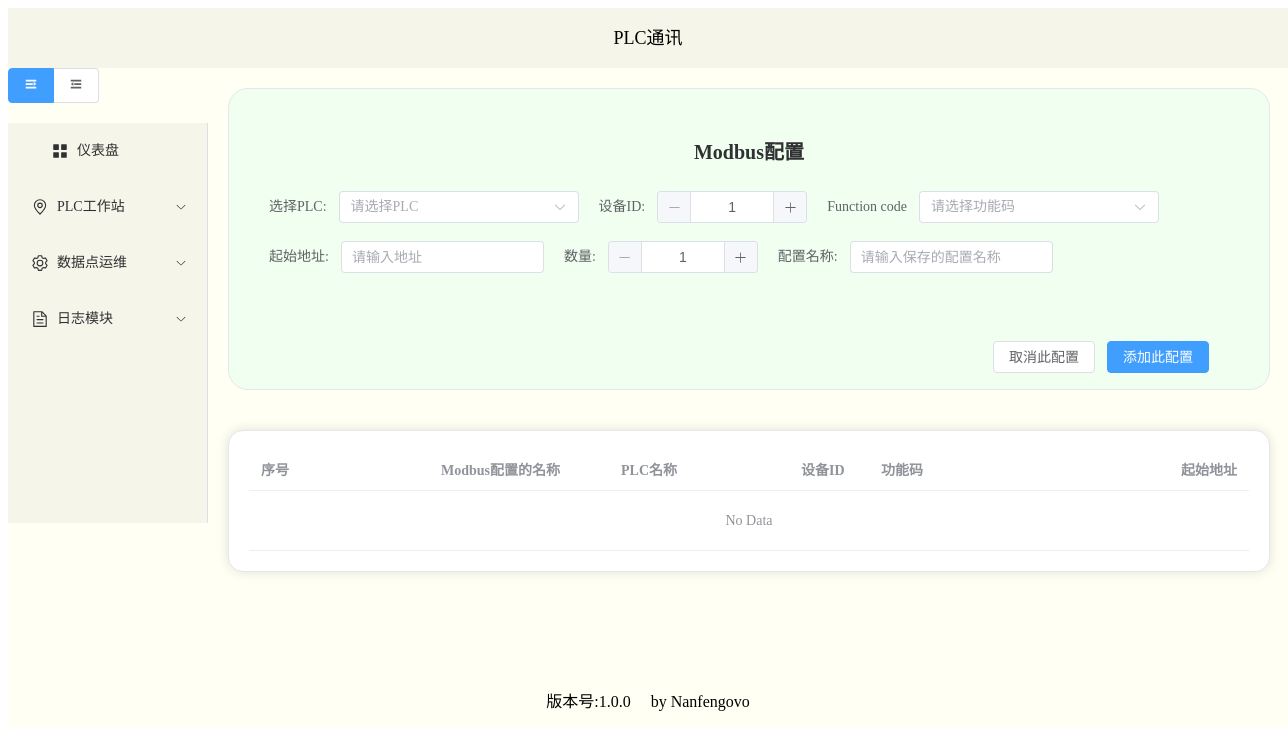
Repository: nanfengovo/HelperWorkStation
Page: /#/frameWork/DataPointOperations/Modbus (app in HelperWorkStation/plchelper-ui/)
An editor plug-in stored every save of this project. The page is shown before and after the next save, followed by the edit.
The browser window is 1280 px wide. The page is 1288 px wide, so the pictures cover 1288 px, including what lies to the right of the window. The pictures show the whole page.
The page's requests for data from a server got no answer. The project was rebuilt for these pictures with package versions that can differ from the ones it lists, and the page was loaded fresh each time. No one was signed in, and anything a server would have sent is missing. Also part of the build but not shown: HelperWorkStation/plchelper-ui/vite.config.ts, HelperWorkStation/plchelper-ui/src/views/Login/index.vue.

Above is the page before, as saved 2025-01-30 19:48:56.

### HelperWorkStation/plchelper-ui/index.html
<!DOCTYPE html>
<html lang="">
  <head>
    <meta charset="UTF-8">
    <link rel="icon" href="/icon-park-outline--cpu.png">
    <meta name="viewport" content="width=device-width, initial-scale=1.0">
    <title>PLCHelper Station</title>
  </head>
  <body>
    <div id="app"></div>
    <script type="module" src="/src/main.ts"></script>
  </body>
</html>

<style>
  #app{
    /* display: flex;
    justify-content: center;
    align-items: center; */
    height: 100vh;
    width: 100vw;
  }
</style>

### HelperWorkStation/plchelper-ui/src/main.ts
// import './assets/main.css'

import { createApp } from 'vue'
import ElementPlus from 'element-plus'
import 'element-plus/dist/index.css'
import { createPinia } from 'pinia'

import App from './App.vue'
import * as ElementPlusIconsVue from '@element-plus/icons-vue'
import router from './router'

const app = createApp(App)
app.use(router)
for (const [key, component] of Object.entries(ElementPlusIconsVue)) {
    app.component(key, component)
    }
app.use(ElementPlus)
app.use(createPinia())


app.mount('#app')

### HelperWorkStation/plchelper-ui/src/App.vue
<script setup lang="ts">
import {  RouterView } from 'vue-router'
import FrameWork from './views/FrameWork/index.vue'
import Login from './views/Login/index.vue'
</script>

<template>
  <div class="app">
    <RouterView />
  </div>

  <!-- <RouterView /> -->
</template>

<style scoped>
	html,body,#app{
      height: 100%;
      width: 100%;
	}
  .app{
    height: 100%;
    width: 100%;
  }
</style>

### HelperWorkStation/plchelper-ui/src/router/index.ts
import { createMemoryHistory, createRouter, createWebHashHistory, type RouteRecordRaw } from 'vue-router'
import frameWork from '../views/FrameWork/index.vue';
import Login from '../views/Login/index.vue';
import panel from '../views/FrameWork/layout/panel/index.vue';

// const routes: RouteRecordRaw[] = [];
const routes: Array<RouteRecordRaw> = [
    {
        path: '/',
        redirect: '/login'
    },
    {
        path: '/login',
        name: 'login',
        component: Login
    },
    {
        path: '/frameWork',
        name: '主页',
        component: frameWork,
        children: [
            {
                path: '/framework/panel',
                name: '仪表板',
                component: () => import('../views/FrameWork/layout/panel/index.vue'),
            },
            {
                path: '/frameWork/PLCWorkstation/Modbus',
                name: 'PLC工作站-Modbus',
                component: () => import('../views/FrameWork/layout/PLCWorkstation/Modbus/index.vue'),
            },
            {
                path: '/frameWork/PLCWorkstation/PLC',
                name: 'PLC工作站-PLC配置',
                component: () => import('../views/FrameWork/layout/PLCWorkstation/PLC/index.vue'),
            },
            {
                path: '/frameWork/PLCWorkstation/S7',
                name: 'PLC工作站-S7',
                component: () => import('../views/FrameWork/layout/PLCWorkstation/S7/index.vue'),
            },
            {
                path: '/frameWork/PLCWorkstation/OPC',
                name: 'PLC工作站-OPC',
                component: () => import('../views/FrameWork/layout/PLCWorkstation/OPC/index.vue'),
            },
            {
                path: '/frameWork/PLCWorkstation/FinsTCP',
                name: 'PLC工作站-FinsTCP',
                component: () => import('../views/FrameWork/layout/PLCWorkstation/FinsTCP/index.vue'),
            },
            {
                path: '/frameWork/DataPointOperations/Modbus',
                name: '数据点运维-Modbus',
                component: () => import('../views/FrameWork/layout/DataPointOperations/Modbus/index.vue'),
            },
            {
                path: '/frameWork/DataPointOperations/S7',
                name: '数据点运维-S7',
                component: () => import('../views/FrameWork/layout/DataPointOperations/S7/index.vue'),
            },
            {
                path: '/frameWork/DataPointOperations/Opc',
                name: '数据点运维-Opc',
                component: () => import('../views/FrameWork/layout/DataPointOperations/OPC/index.vue'),
            },
            {
                path: '/frameWork/DataPointOperations/FinsTCP',
                name: '数据点运维-FinsTCP',
                component: () => import('../views/FrameWork/layout/DataPointOperations/FinsTCP/index.vue'),
            },
            {
                path: '/frameWork/Log/Operation',
                name: '用户操作日志',
                component: () => import('../views/FrameWork/layout/Log/Operation/index.vue'),
            },
            {
                path: '/frameWork/Log/ReadWrite',
                name: '数据点读写日志',
                component: () => import('../views/FrameWork/layout/Log/ReadWrite/index.vue'),
            },

        ],


    },
];

const router = createRouter({
    history: createWebHashHistory(),
    routes,
});

export default router;

### HelperWorkStation/plchelper-ui/src/views/FrameWork/index.vue
<template>
    <div class="common-layout">
        <el-container>
            <div class="layout-header">
                <el-header>
                    PLC通讯
                </el-header>
            </div>
            <el-container>
                <el-aside width="200px" height="100vh" >
                    <el-radio-group v-model="isCollapse" style="margin-bottom: 20px">
                        <el-radio-button :value="false"><el-icon><Expand /></el-icon></el-radio-button>
                        <el-radio-button :value="true"><el-icon><Fold /></el-icon></el-radio-button>
                    </el-radio-group>
                    <el-menu
                        background-color="#f5f5e9"
                        default-active="1"
                        class="el-menu-vertical-demo"
                        :collapse="isCollapse"
                        @open="handleOpen"
                        @close="handleClose"
                        router
                    >
                        <el-menu-item index="/frameWork/panel">
                            <el-menu-item >
                                <el-icon><icon-menu /></el-icon>
                                <template #title>仪表盘</template>
                            </el-menu-item>
                        </el-menu-item>
                        <el-sub-menu index="2">
                        <template #title>
                            <el-icon><location /></el-icon>
                            <span>PLC工作站</span>
                        </template>
                        <el-menu-item-group >
                            <el-menu-item index="/frameWork/PLCWorkstation/PLC">PLC配置</el-menu-item>
                            <el-menu-item index="/frameWork/PLCWorkstation/Modbus">Modbus模块</el-menu-item>
                            <el-menu-item index="/frameWork/PLCWorkstation/S7">S7模块</el-menu-item>
                            <el-menu-item index="/frameWork/PLCWorkstation/OPC">OPC模块</el-menu-item>
                            <el-menu-item index="/frameWork/PLCWorkstation/FinsTCP">FinsTCP模块</el-menu-item>
                        </el-menu-item-group>
                        </el-sub-menu>
                        <el-sub-menu index="3">
                        <template #title>
                            <el-icon><Setting /></el-icon>
                            <span>数据点运维</span>
                        </template>
                        <el-menu-item-group >
                            <el-menu-item index="/frameWork/DataPointOperations/Modbus">Modbus数据点配置</el-menu-item>
                            <el-menu-item index="/frameWork/DataPointOperations/S7">S7数据点配置</el-menu-item>
                            <el-menu-item index="/frameWork/DataPointOperations/Opc">OPC数据点配置</el-menu-item>
                            <el-menu-item index="/frameWork/DataPointOperations/FinsTCP">FinsTCP数据点模块</el-menu-item>
                        </el-menu-item-group>
                        </el-sub-menu>
                        <el-sub-menu index="4">
                        <template #title>
                            <el-icon><Document /></el-icon>
                            <span>日志模块</span>
                        </template>
                        <el-menu-item-group >
                            <el-menu-item index="/frameWork/Log/Operation">操作日志</el-menu-item>
                            <el-menu-item index="/frameWork/Log/ReadWrite">读写日志</el-menu-item>
                        </el-menu-item-group>
                        </el-sub-menu>
                    </el-menu>
                </el-aside>
                    <el-container>
                        <el-main>
                            <!-- <div class="main-header"> -->
                            <!-- <div class="main-header-breadcrumb"> -->
                                <!-- 面包屑 -->
                                <!-- <el-breadcrumb :separator-icon="ArrowRight"
                                                style="cursor: pointer; margin: 10px 0; display:inline-block;margin-left: 10px; ">
                                                <el-breadcrumb-item  >面包屑导航</el-breadcrumb-item>
                                </el-breadcrumb>
                            </div> -->
                            <!-- <div class="main-header-tab">
                                <el-tab>
                                    <el-tabs
                                    v-model="tablist"
                                    type="card"
                                    editable
                                    class="demo-tabs"
                                    @tab-click="pushTo"
                                >
                                    <el-tab-pane
                                    v-for="item in tablist"
                                    :key="item.name"
                                    :label="item.name"
                                    :name="item.name"
                                    >
                                    {{ item.path }}
                                    </el-tab-pane>
                                </el-tabs>
                                </el-tab>
                            </div> -->
                        <!-- </div> -->
                            <RouterView/>
                        </el-main>
                    </el-container>
            </el-container>
                <el-footer class="fixed-footer" >
                    <span>版本号:{{SoftVersion}}</span>&nbsp;&nbsp;&nbsp;&nbsp;
                    <span>by {{ SoftAuthor }}</span>
                </el-footer>
        </el-container>
    </div>
</template>

<script lang="ts" setup>
import { ref } from 'vue'
import { useRouter } from 'vue-router';
import routes from '../../router/index';
import {
    Document,
    Menu as IconMenu,
    Location,
    Setting,
    ArrowRight,
} from '@element-plus/icons-vue'
import type { TabPaneName } from 'element-plus'



const SoftVersion = ref('1.0.0')
const SoftAuthor = ref('Nanfengovo')


import { useRoute } from 'vue-router'
import router from '../../router/index';
const route = useRoute()
const pathList = ref()

console.log('route', route)// 获取当前路由
console.log('route.matched', route.matched)// 获取当前路由匹配到的路由记录
console.log('route.matched[0].children', route.matched[0].children)// 获取当前路由匹配到的路由记录

const tablist = ref(route.matched[0].children)
const isCollapse = ref(false)

let tabIndex = 1;

// const pushTo = (tab: TabPaneName) => {
//     router.push(tab)
// }


</script>

<style>
.el-menu-vertical-demo:not(.el-menu--collapse) {
    width: 200px;
    min-height: 400px;
}
.layout-header {
    background-color: #f5f5e9;
    color: black;
    text-align: center;
    line-height: 60px;
    font-size: 18px;
}

.common-layout{
    display: flex;
    flex-direction: column;
    min-height: 100vh;
    background-color: #fffff3;
}
.fixed-footer {
    background-color: #fffff3; /* 根据需要设置背景颜色 */
    padding: 10px; /* 根据需要设置内边距 */
    text-align: center; /* 根据需要设置文本对齐方式 */
    margin-bottom: 20px;
    height: 30px;
    font-size: 16px;
}
.main-header{
    border: red 1px solid;
    width: 100%;
    height: 30px;
}
/* .main-header-breadcrumb{
    border: green 1px solid;
    margin: 10px;
    width: 100%;
    height: 30px;
} */
.main-header-tab
{
    border: blue 1px solid;
    width: 100%;
    height: 30px;
}
.demo-tabs {
    border: 1px solid orangered;
    width: 60px;
    height: 30px;
    border-radius: 4px;
}
.demo-tabs>.el-tab-pane {
    border-bottom: 1px solid #ebeef5;
}
</style>

### HelperWorkStation/plchelper-ui/src/views/FrameWork/layout/DataPointOperations/Modbus/index.vue
<template>
    <div class="modbus">
        <el-card class="modbusconfig-card" shadow="hover">
            <div class="modbus-header">
                <div class="card-top-top">
                        <h4>Modbus配置</h4>
                </div>
                <el-form :model="modbusConfig" class="modbusConfig-form">
                    <div class="content">
                        <el-form-item label = "选择PLC:">
                            <el-select
                            v-model="selectedPLC"
                            placeholder="请选择PLC"
                            style="width: 240px"
                            :loading="isLoading"
                            >
                            <!-- 加载中显示提示 -->
                            <el-option v-if="isLoading" disabled label="加载中..." value="" />

                            <!-- 数据加载完成后的选项 -->
                            <el-option
                                v-for="item in PLCList"
                                :key="item.value"
                                :label="item.label"
                                :value="item.value"
                            />
                            </el-select>
                        </el-form-item>
                        <el-form-item label = "设备ID:">
                            <el-input-number v-model="slaveId" :min="1"   />
                        </el-form-item>
                        <el-form-item label="Function code" class="function-code" >
                                <el-select
                                    v-model="functionCodes"
                                    style="width: 240px;"
                                    placeholder="请选择功能码"
                                    clearable
                                >
                                    <el-option label="01 Read Coils（0x）" value="01 Read Coils（0x）" />
                                    <el-option value="02 Read Discrete Inputs (1x)" />
                                    <el-option value="03 Read Holding Registers (4x)" />
                                    <el-option value="04 Read Input Registers (3x)" />
                                    <el-option value="05 Write Single Coil" />
                                    <el-option value="06 Write Single Register" />
                                    <el-option value="15 Write Multiple Coils" />
                                    <el-option value="16 WriteMultipleRegisters" />
                                </el-select>
                        </el-form-item>
                        <el-form-item label="起始地址:" >
                            <el-input v-model="address" placeholder="请输入地址" />
                        </el-form-item>
                        <el-form-item label = "数量:">
                            <el-input-number v-model="num" :min="1" :max="32"  />
                        </el-form-item>
                        <el-form-item label = "配置名称:">
                            <el-input v-model="ModbusName" placeholder="请输入保存的配置名称" />
                        </el-form-item>
                    </div>

                    <div class="btn-group">
                        <el-button @click="cancel">取消此配置</el-button>
                        <el-button type="primary" @click = "AddMobusConfig">添加此配置</el-button>
                    </div>
                </el-form>
            </div>
        </el-card>


        <el-card style="width: 100%" shadow="always" class="Modbus-card" >
            <el-table :data="ModbusData" stripe style="width: 100%" >
                <el-table-column prop="id" label="序号" width="180" />
                <el-table-column prop="modbusName" label="Modbus配置的名称" width="180" />
                <el-table-column prop="plcName" label="PLC名称" width="180" />
                <el-table-column prop="slaveId" label="设备ID" />
                <el-table-column prop="functionCode" label="功能码" width = "300" />
                <el-table-column prop="startAddress" label="起始地址" />
                <el-table-column prop="num" label="数量" />
                <el-table-column label="操作" width="300">
                    <template #default="scope">
                        <el-button type="primary" @click="Edit(scope.$index, scope.row)">修改</el-button>
                        <el-button type="danger" plain @click="Delete(scope.$index, scope.row)">删除</el-button>
                    </template>
                </el-table-column>
            </el-table>
        </el-card>
    </div>
</template>
<script setup lang = "ts">
import axios from 'axios';
import { ElMessage, ElMessageBox, ElNotification } from 'element-plus';
import { onMounted, reactive, ref } from 'vue';

// const modbusConfig = reactive({
//     functionCodes: '',
//     address: ''
// });


const num = ref(1);
const slaveId = ref(1);
const functionCodes = ref('');
const address = ref('');
const quantity = ref('');
const ModbusName = ref('');
const selectedPLC = ref(''); // 用于存储用户选择的值
const PLCList = ref([]);       // 存储格式化后的选项
const isLoading = ref(true);   // 加载状态

// interface ModbusData {
//     id: number;
//     mobusName: string;
//     plcName: string;
//     slaveId: number;
//     functionCode: string;
//     StartAddress: string;
//     num: number;
// }

const ModbusData = ref<Array<{ id: number, modbusName: string, plcName: string,slaveId: number, functionCode: string,StartAddress: string,num: number}>>([]);

//下拉框数据
const GetAllPLCConfig = async () => {
    try{
        const response = await axios.get("http://127.0.0.1:5264/api/ModbusConfig/GetPLCConfig");

    // 将字符串数组转换为 { label: string, value: string } 格式
    PLCList.value = response.data.map((item: any) => ({
      label: item,   // 显示名称
      value: item    // 绑定值（与 label 相同）
    }));

    isLoading.value = false;
    }

    catch (error) {
    console.error('获取PLC列表失败:', error);
    isLoading.value = false;
    }
    // console.log(response.data);
    // PLCList = response.data;
    // console.log(PLCList);
}
//加载下拉框数据
onMounted(() => {
    GetModbusData();
    GetAllPLCConfig();
});

//取消配置
const cancel = () => {
    if(selectedPLC.value === '' && functionCodes.value === '' && address.value === '' && quantity.value === '' && ModbusName.value === ''){
        ElMessage({
            message: "表单为空,无需清空!",
            type: 'warning',
        });
        return;
    }
    ElMessageBox.confirm(
    '继续操作将删除该配置,是否继续?',
    'Warning',
    {
        confirmButtonText: '继续此操作将会清空表单',
        cancelButtonText: '取消',
        type: 'warning',
    }
    )
.then(() => {
    // 清空表单

    functionCodes.value = '';
    slaveId.value = 1;
    address.value = '';
    quantity.value = '';
    selectedPLC.value = '';
    num.value = 1;
    ModbusName.value = '';
    ElMessage({
                message: "已清空!",
                type: 'success',
            });
});
}

//表格数据--ModbusData
const GetModbusData = async () => {
    try{
        // const ModbusData = ref<ModbusData[]>([]);
        const response = await axios.get("http://127.0.0.1:5264/api/ModbusConfig/GetModbusConfug");
        console.log(response.data);
        ModbusData.value = response.data;
        console.log(ModbusData.value);
    }
    catch (error) {
    console.error('获取Modbus配置失败:', error);
    }
}


//新增配置
const AddMobusConfig = async () => {
            try{
                const modbusConfig = {
                    modbusName: ModbusName.value,
                    plcName: selectedPLC.value,
                    slaveId: slaveId.value,
                    functionCode: functionCodes.value,
                    startAddress: address.value,
                    num: num.value,
                };
                console.log(modbusConfig);
                const response = await axios.post("http://127.0.0.1:5264/api/ModbusConfig/AddModbusConfug",modbusConfig,{
                    headers: { 'Content-Type': 'application/json' },
                });
                if(response.data.code === 200) {
                    ElNotification({
                        title: 'Modbus配置提示',
                        message: '新增Modbus配置成功!',
                        type: 'success',
                    });
                    GetModbusData();
                } else {
                    ElNotification({
                        title: 'Modbus配置提示',
                        message: '新增Modbus配置失败!',
                        type: 'warning',
                    });
                }
            }catch (error:any) {
                ElNotification({
                        title: '异常提示',
                        message: error.message,
                        type: 'error',
                    });
            }
        }
</script>

<style >
.content{
    display: flex;
    margin: 20px;
    flex-wrap: wrap;
}
.modbusConfig-form .el-form-item{
    margin-right: 20px;
}
.btn-group{
    display: flex;
    justify-content: right;
    margin-right: 40px;
    margin-top: 50px;
}
.function-code>.el-select{
    width: 240px;
}
.modbusconfig-card{
    width: 100%;
    height: 300px;
    background-color: #F0FFF0;
    border-radius: 20px;
}
.card-top-top h4{
    font-size: 20px;
    font-weight: bold;
    text-align: center;
}
.content-plc{
    margin-left: 40px;
}
.demo-form-inline .el-select {
    --el-select-width: 220px;
}
.Modbus-card{
    margin-top: 40px;
    border-radius: 15px;
}

</style>

After the next save:
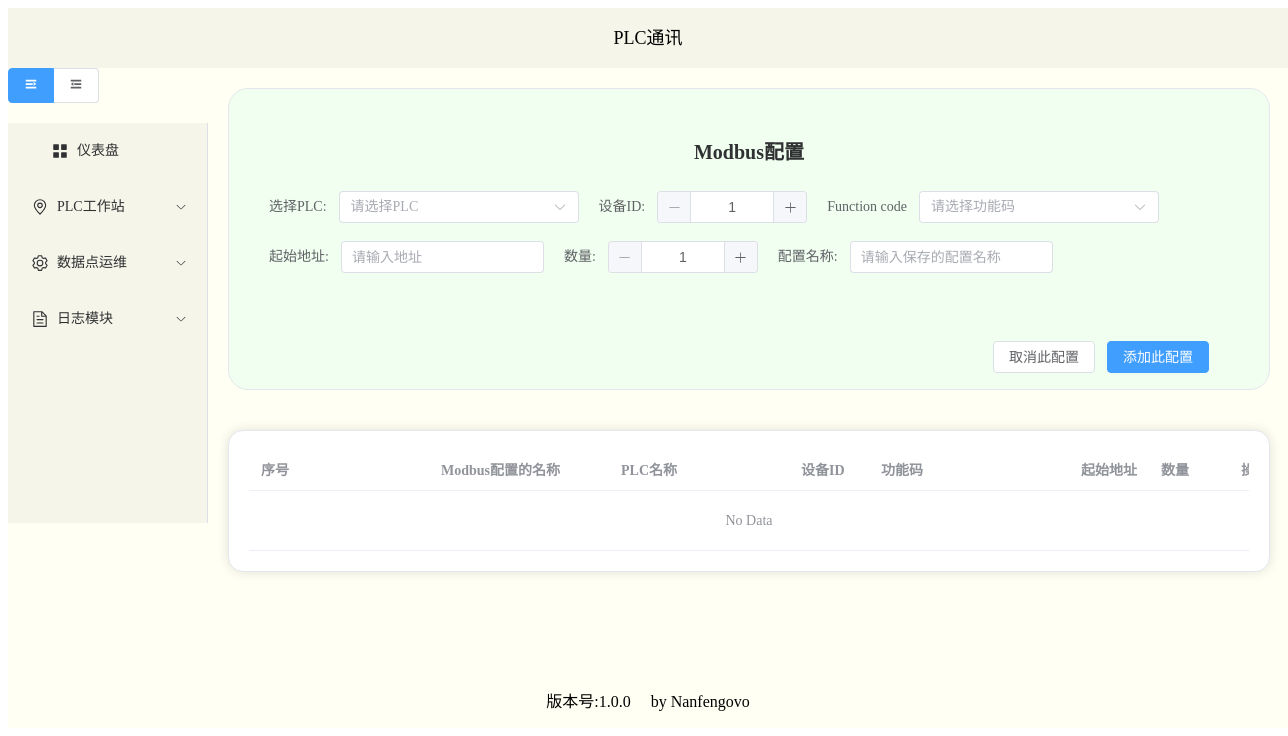
Saved 6 s later.
--- a/HelperWorkStation/plchelper-ui/src/views/FrameWork/layout/DataPointOperations/Modbus/index.vue
+++ b/HelperWorkStation/plchelper-ui/src/views/FrameWork/layout/DataPointOperations/Modbus/index.vue
@@ -72,7 +72,7 @@
                 <el-table-column prop="modbusName" label="Modbus配置的名称" width="180" />
                 <el-table-column prop="plcName" label="PLC名称" width="180" />
                 <el-table-column prop="slaveId" label="设备ID" />
-                <el-table-column prop="functionCode" label="功能码" width = "300" />
+                <el-table-column prop="functionCode" label="功能码" width = "200" />
                 <el-table-column prop="startAddress" label="起始地址" />
                 <el-table-column prop="num" label="数量" />
                 <el-table-column label="操作" width="300">
